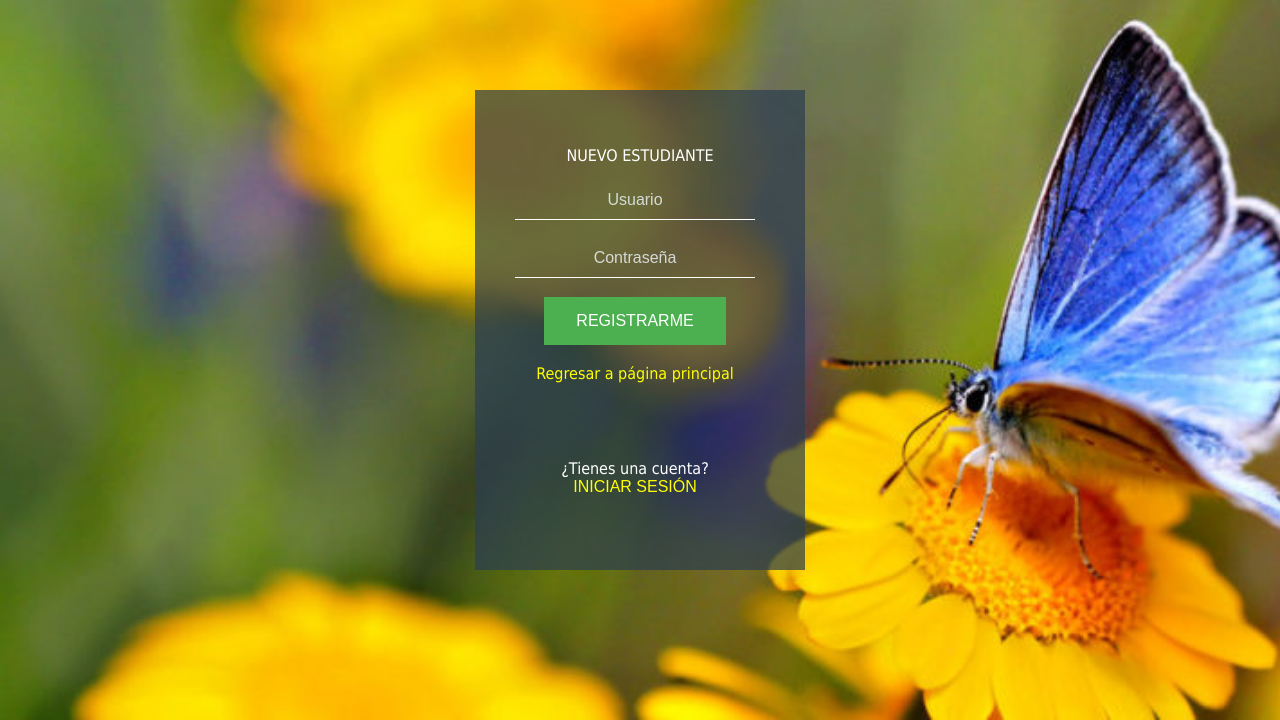
Repository: roberthcobena/Php
Page: http://localhost/registro.php
These files come from the project's save history. The page is drawn as it stood at one moment and after the next save; the edit follows.
The browser window is 1280 px wide. The pictures show the whole page.
Some web fonts or font styles are not loaded; a fallback is used. The page is run by PHP 8.4 with error messages shown; the project is at /var/www/html/.

Above is the page before, as saved 2020-06-25 10:22:37.

After the next save:
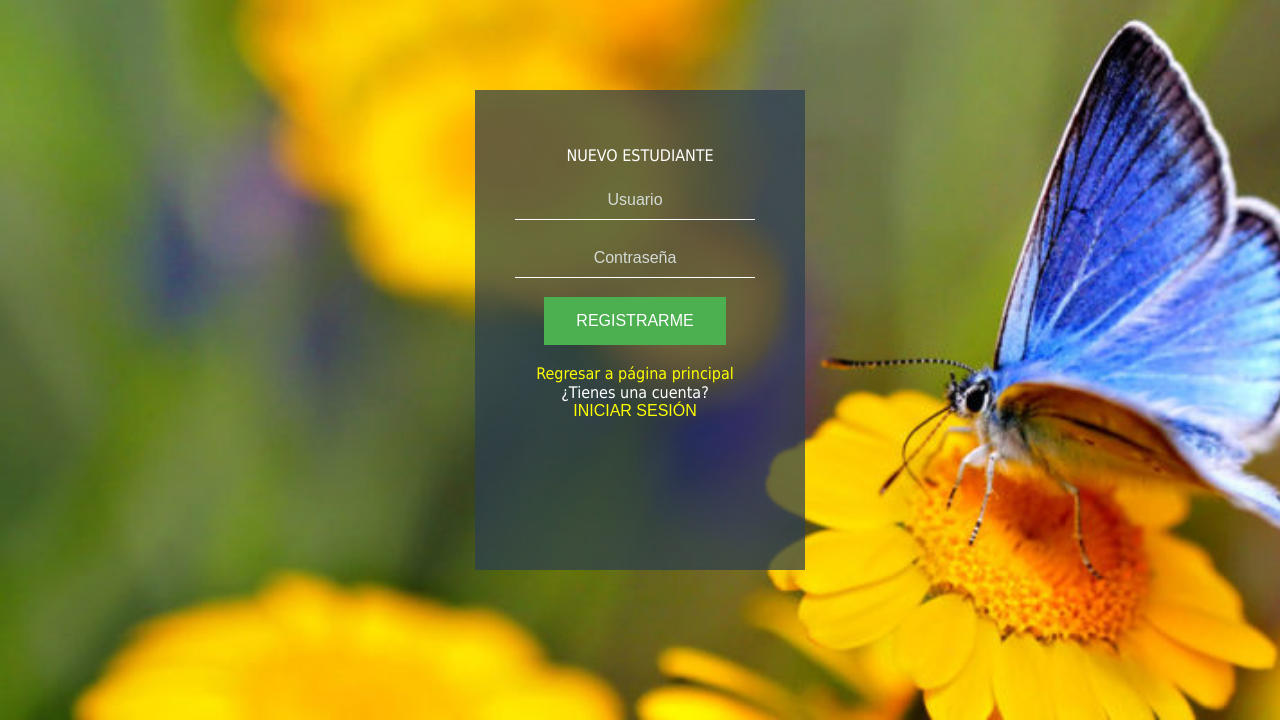
Saved 6 s later.
--- a/Educativa/registro.php
+++ b/Educativa/registro.php
@@ -31,7 +31,7 @@
 
 	  <button type="submit" class="button" name="registro" id="registro">REGISTRARME</button></br></br>
 
-      <a href="index.php">Regresar a página principal</a></br></br></br></br></br>
+      <a href="index.php">Regresar a página principal</a></br>
       ¿Tienes una cuenta?<a href="login.php" style="font-family:'Play', sans-serif;"></br>INICIAR SESIÓN</a>
    </form>
 </div>

After the save that followed:
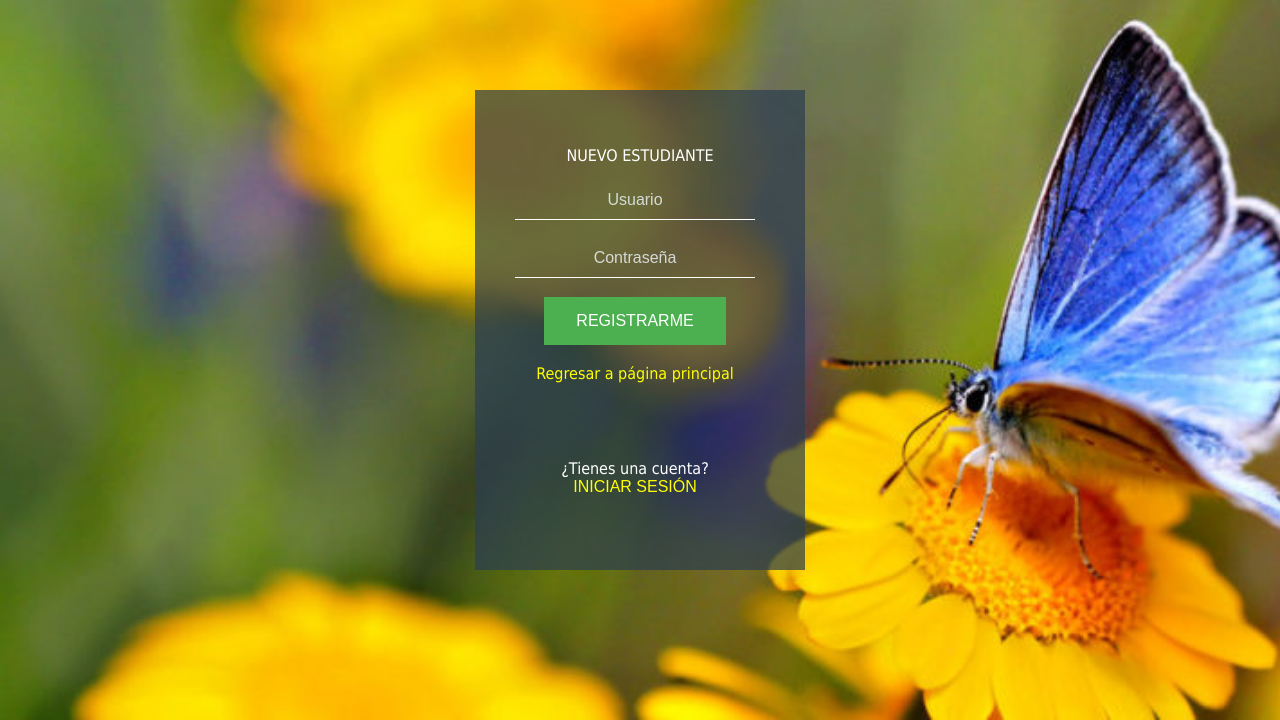
Saved 7 s later.
--- a/Educativa/registro.php
+++ b/Educativa/registro.php
@@ -31,7 +31,7 @@
 
 	  <button type="submit" class="button" name="registro" id="registro">REGISTRARME</button></br></br>
 
-      <a href="index.php">Regresar a página principal</a></br>
+      <a href="index.php">Regresar a página principal</a></br></br></br></br></br>
       ¿Tienes una cuenta?<a href="login.php" style="font-family:'Play', sans-serif;"></br>INICIAR SESIÓN</a>
    </form>
 </div>
